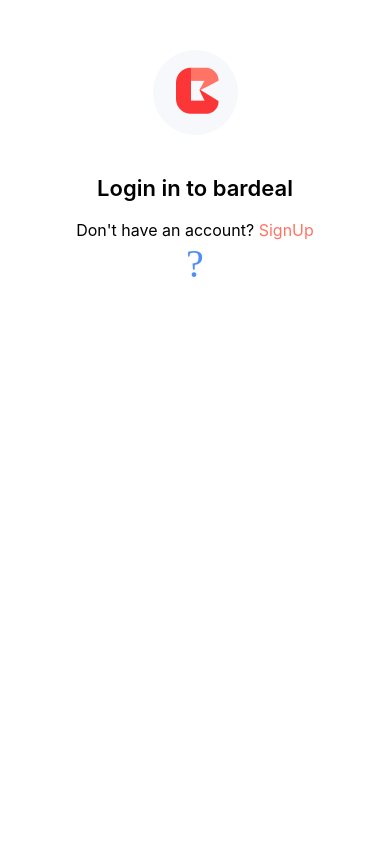
Repository: krunallogisticinfotech/bardealapp-clone
Screen: /
The author's editor kept a copy of each file at every save. The screen is drawn from the files as they stood at one save, then again after the next save.
The app was drawn by React Native's web renderer in a window 390 px wide. The project was rebuilt for these pictures with package versions that can differ from the ones it lists, and the page was loaded fresh each time.

Above is the screen before, as saved 2021-10-21 18:38:47.

After the next save:
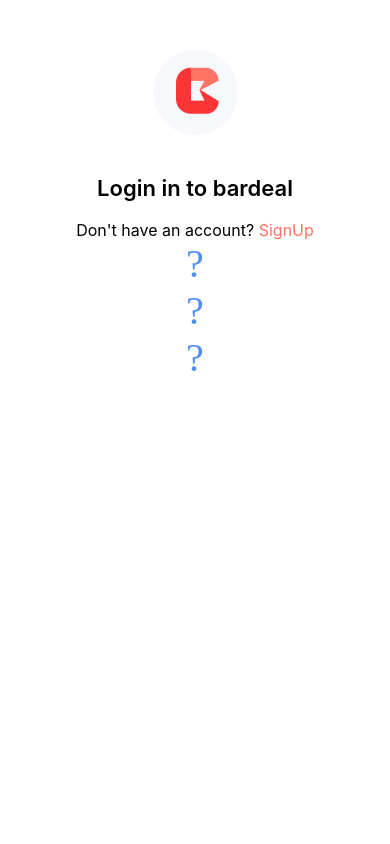
Saved 7 s later.
--- a/screens/Loginscreen.js
+++ b/screens/Loginscreen.js
@@ -17,6 +17,18 @@
           </Text>
         </Text>
         <View style={styles.socialIconContainer}>
+          <FacebookIcon
+            name="ios-book"
+            color="#4F8EF7"
+            size={40}
+            style={styles.iosIcon}
+          />
+          <FacebookIcon
+            name="ios-book"
+            color="#4F8EF7"
+            size={40}
+            style={styles.iosIcon}
+          />
           <FacebookIcon
             name="ios-book"
             color="#4F8EF7"
